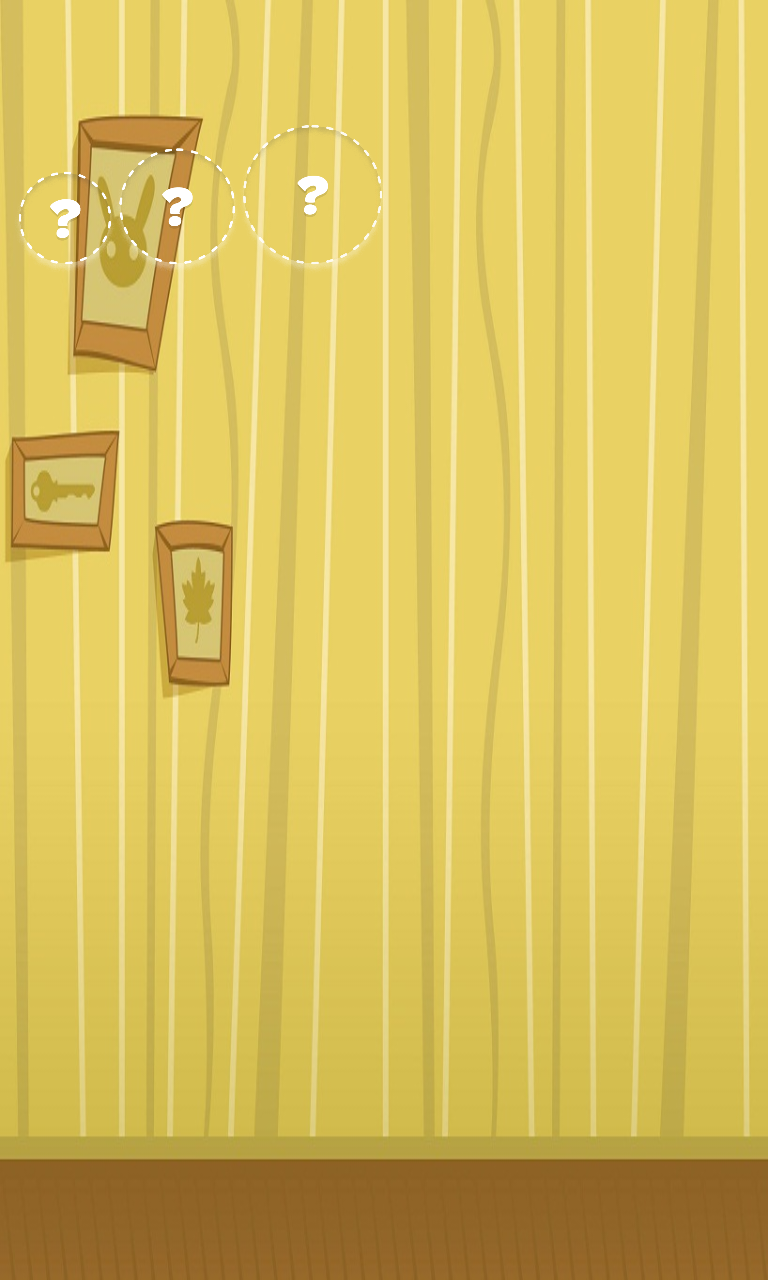
Repository: DimaPetrov/android
Layout: newapp/res/layout/puzzleback.xml
An editor plug-in stored every save of this project. The layout is shown before and after the next save, followed by the edit.
It is drawn on a 768 x 1280 px phone screen (xhdpi) without system bars, with theme AppTheme; the app's code is not run.

Above is the layout before, as saved 2012-10-24 08:29:24.

### newapp/res/layout/puzzleback.xml
<RelativeLayout xmlns:android="http://schemas.android.com/apk/res/android"
    xmlns:tools="http://schemas.android.com/tools"
    android:id="@+id/Rlay2"
    android:layout_width="match_parent"
    android:layout_height="match_parent" >

    <RelativeLayout
        android:layout_width="match_parent"
        android:layout_height="match_parent"
        android:layout_centerHorizontal="true"
        android:layout_centerVertical="true"
        android:background="@drawable/bg_games3" >

    </RelativeLayout>
    <ImageView
        android:id="@+id/imageView1"
        android:layout_width="200dp"
        android:layout_height="200dp"
        android:layout_alignParentLeft="true"
        android:src="@drawable/p_games_sortslots" />

</RelativeLayout>

Loaded but not shown: newapp/res/values-v11/styles.xml (common file); newapp/res/values-v14/styles.xml (common file); newapp/res/values/styles.xml (common file)

After the next save:
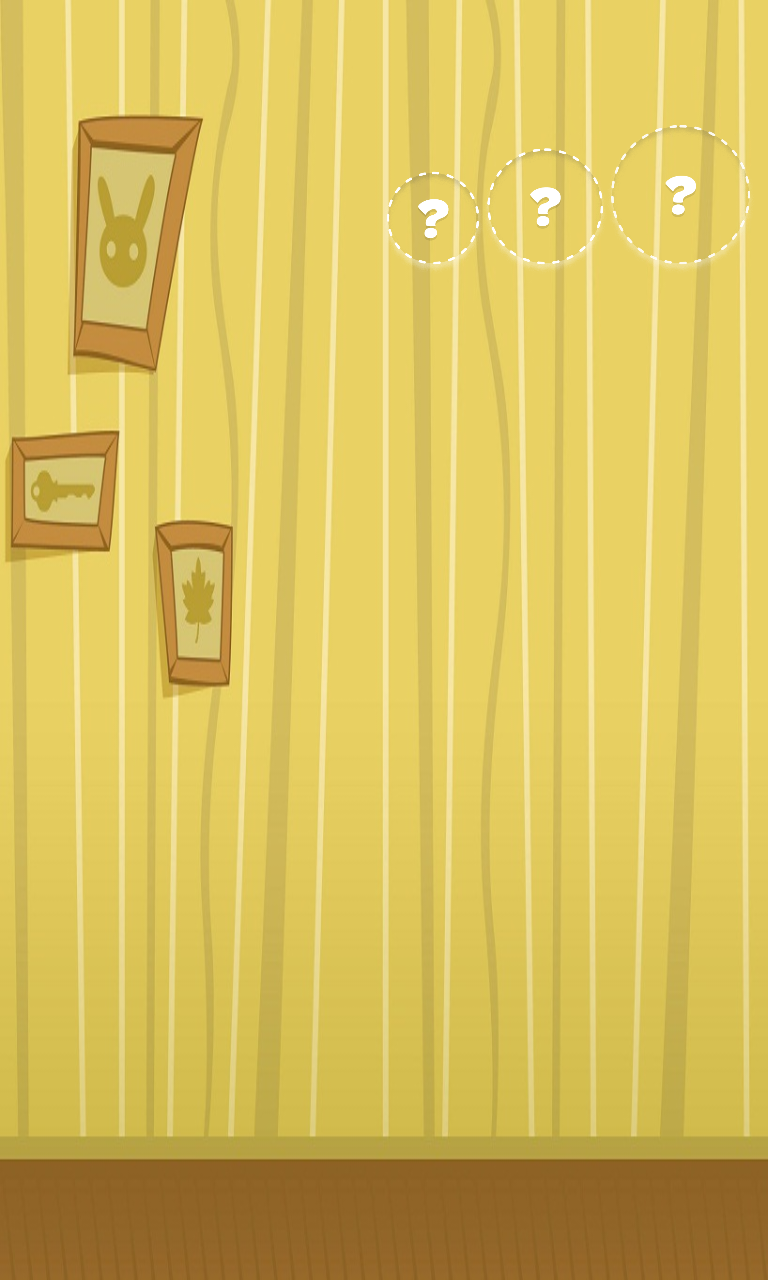
Saved 19 s later.
--- a/newapp/res/layout/puzzleback.xml
+++ b/newapp/res/layout/puzzleback.xml
@@ -12,11 +12,13 @@
         android:background="@drawable/bg_games3" >
 
     </RelativeLayout>
+
     <ImageView
         android:id="@+id/imageView1"
         android:layout_width="200dp"
         android:layout_height="200dp"
-        android:layout_alignParentLeft="true"
+        android:layout_alignParentRight="true"
+        android:layout_alignParentTop="true"
         android:src="@drawable/p_games_sortslots" />
 
 </RelativeLayout>
